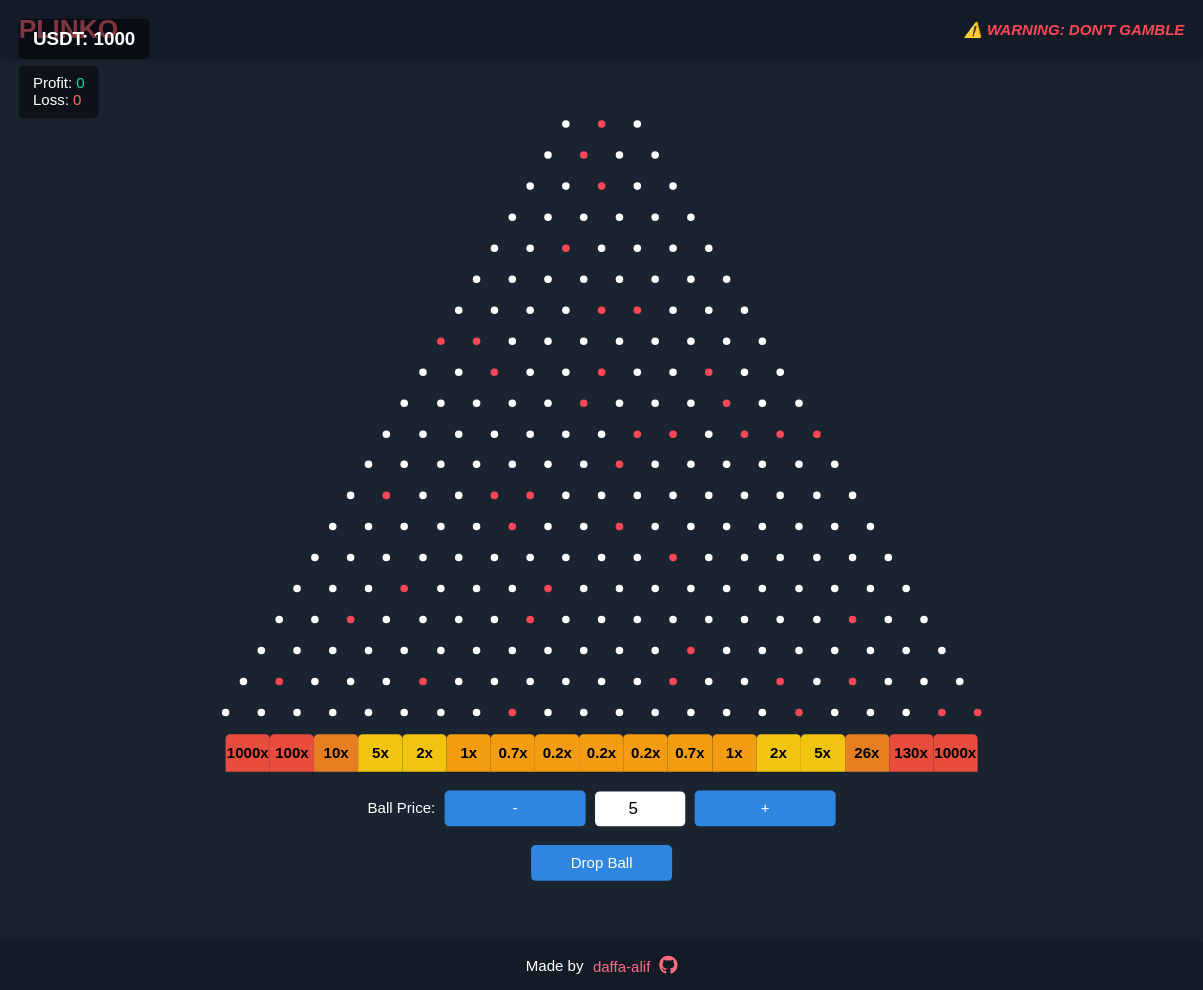
Repository: daffa-alif/PLINKO-JS
Page: index.html
These files come from the project's save history. The page is drawn as it stood at one moment and after the next save; the edit follows.
The browser window is 1280 px wide. The pictures show the whole page, at 94% of full size.

Above is the page before, as saved 2025-03-07 09:38:42.

### index.html
<!DOCTYPE html>
<html lang="en">
<head>
    <meta charset="UTF-8">
    <meta name="viewport" content="width=device-width, initial-scale=1.0">
    <title>Plinko Game</title>
    <link rel="stylesheet" href="https://cdnjs.cloudflare.com/ajax/libs/font-awesome/6.4.0/css/all.min.css">
    <link rel="stylesheet" href="styles.css">
</head>
<body>
    <!-- Header -->
    <header class="header">
        <div class="logo">PLINKO</div>
        <div class="warning">⚠️ WARNING: DON'T GAMBLE</div>
    </header>

    <!-- Main Content -->
    <div class="main-content">
        <div class="balance">USDT: <span id="balance">1000</span></div>
        <div class="statistics">
            Profit: <span id="profit" class="profit">0</span><br>
            Loss: <span id="loss" class="loss">0</span>
        </div>
        <div class="container">
            <div class="plinko-board" id="plinkoBoard"></div>
            <div class="controls">
                <div class="price-controls">
                    <span>Ball Price:</span>
                    <button id="decreasePrice">-</button>
                    <input type="number" id="ballPrice" value="5" min="5" max="1000">
                    <button id="increasePrice">+</button>
                </div>
                <button id="dropButton">Drop Ball</button>
                <div class="results" id="results"></div>
            </div>
        </div>
    </div>

    <!-- Footer -->
    <footer class="footer">
        <div class="footer-content">
            Made by
            <a href="https://github.com/daffa-alif" target="_blank">
                daffa-alif
                <i class="fab fa-github github-icon"></i>
            </a>
        </div>
    </footer>

    <script src="script.js">
    </script>
</body>
</html>

### styles.css
body {
    background-color: #1a2430;
    font-family: Arial, sans-serif;
    display: flex;
    flex-direction: column;
    min-height: 100vh;
    margin: 0;
    color: white;
    overflow-x: hidden;
}

/* HEADER STYLES */
.header {
    background-color: #131b26;
    padding: 15px 0;
    display: flex;
    justify-content: space-between;
    align-items: center;
    width: 100%;
    box-shadow: 0 2px 10px rgba(0, 0, 0, 0.3);
    position: relative;
    z-index: 100;
}

.logo {
    font-size: 28px;
    font-weight: bold;
    margin-left: 20px;
    color: #ff6b81;
}

.warning {
    color: #ff4757;
    font-weight: bold;
    margin-right: 20px;
    font-style: italic;
}

/* MAIN CONTENT STYLES */
.main-content {
    flex: 1;
    display: flex;
    justify-content: center;
    align-items: center;
    padding: 20px 0;
}

.container {
    position: relative;
    width: 600px;
    height: 900px;
    display: flex;
    flex-direction: column;
    align-items: center;
}

.plinko-board {
    position: relative;
    width: 500px;
    height: 800px;
}

.peg {
    position: absolute;
    width: 8px;
    height: 8px;
    background-color: white;
    border-radius: 50%;
    transform: translate(-50%, -50%);
}

.highlight-peg {
    background-color: #ff4757;
}

.ball {
    position: absolute;
    width: 16px;
    height: 16px;
    background-color: #ff6b81;
    border-radius: 50%;
    z-index: 10;
    transform: translate(-50%, -50%);
}

.buckets {
    display: flex;
    width: 100%;
    justify-content: space-between;
    position: absolute;
    bottom: 0;
}

.bucket {
    width: 55px;
    height: 40px;
    display: flex;
    justify-content: center;
    align-items: center;
    font-weight: bold;
    color: black;
    border-top-left-radius: 5px;
    border-top-right-radius: 5px;
}

.controls {
    margin-top: 20px;
    display: flex;
    flex-direction: column;
    align-items: center;
    gap: 10px;
    width: 100%;
}

button {
    padding: 10px 20px;
    font-size: 16px;
    border: none;
    border-radius: 5px;
    background-color: #2e86de;
    color: white;
    cursor: pointer;
    width: 150px;
}

button:hover {
    background-color: #54a0ff;
}

button:disabled {
    background-color: #7f8c8d;
    cursor: not-allowed;
}

.balance {
    position: absolute;
    top: 20px;
    left: 20px;
    font-size: 20px;
    font-weight: bold;
    background-color: rgba(0, 0, 0, 0.5);
    padding: 10px 15px;
    border-radius: 5px;
    z-index: 100;
}

.statistics {
    position: absolute;
    top: 70px;
    left: 20px;
    font-size: 16px;
    background-color: rgba(0, 0, 0, 0.5);
    padding: 10px 15px;
    border-radius: 5px;
    z-index: 100;
}

.profit {
    color: #1dd1a1;
}

.loss {
    color: #ff6b6b;
}

.price-controls {
    display: flex;
    align-items: center;
    gap: 10px;
    margin-bottom: 10px;
}

input {
    padding: 8px;
    width: 80px;
    text-align: center;
    font-size: 18px;
    border-radius: 5px;
    border: none;
}

.results {
    margin-top: 10px;
    font-size: 18px;
    color: #1dd1a1;
    height: 25px;
}

.falling-ball-animation {
    display: block;
    position: absolute;
    top: 0;
    left: 50%;
    transform: translateX(-50%);
    width: 16px;
    height: 16px;
    background-color: #ff6b81;
    border-radius: 50%;
    z-index: 11;
    animation: fallAnimation 1s ease-in;
}

@keyframes fallAnimation {
    0% {
        top: -20px;
    }
    100% {
        top: 20px;
    }
}

/* FOOTER STYLES */
.footer {
    background-color: #131b26;
    padding: 15px 0;
    text-align: center;
    width: 100%;
    box-shadow: 0 -2px 10px rgba(0, 0, 0, 0.3);
}

.footer-content {
    display: flex;
    justify-content: center;
    align-items: center;
    gap: 10px;
}

.footer-content a {
    color: #ff6b81;
    text-decoration: none;
    transition: color 0.3s;
}

.footer-content a:hover {
    color: #ff4757;
}

.github-icon {
    font-size: 20px;
    margin-left: 5px;
}

### script.js
// Game configuration
const config = {
    rows: 20,                // Increased from 16 to 20 rows for taller board
    pegsStartCount: 3,       // Start with 3 pegs at the top row
    ballSpeed: 0.5,
    gravity: 0.15,
    friction: 0.99,
    pegInfluence: 0.6,
    maxActiveBalls: 10,
    // Updated multipliers to match the image exactly
    multipliers: [1000, 100, 10, 5, 2, 1, 0.7, 0.2, 0.2, 0.2, 0.7, 1, 2, 5, 26, 130, 1000],
    horizontalSpacingFactor: 1.6
};

let balance = 1000;
let totalProfit = 0;
let totalLoss = 0;
let ballPrice = 30;
let activeBalls = [];
let pegLayout = [];

// Initialize the board
function initializeBoard() {
    const board = document.getElementById('plinkoBoard');
    const boardWidth = board.clientWidth;
    const boardHeight = board.clientHeight;

    // Calculate peg spacing for the wider triangular pattern
    const horizontalSpacing = (boardWidth / (config.rows + 1)) * config.horizontalSpacingFactor;
    const verticalSpacing = (boardHeight - 80) / (config.rows);

    // Create pegs in a triangular pattern with progressive row lengths
    for (let row = 0; row < config.rows; row++) {
        // Calculate number of pegs in this row (increase by 1 for each row, starting with config.pegsStartCount)
        const pegsInRow = config.pegsStartCount + row;

        // Calculate the starting position for the first peg in the row
        const rowStartX = boardWidth / 2 - (horizontalSpacing * (pegsInRow - 1)) / 2;

        for (let col = 0; col < pegsInRow; col++) {
            const peg = document.createElement('div');
            peg.className = 'peg';

            // Add some highlight pegs (red pegs)
            if (Math.random() < 0.2) {
                peg.classList.add('highlight-peg');
            }

            // Calculate position for evenly distributed pegs
            const offsetX = rowStartX + col * horizontalSpacing;
            const offsetY = verticalSpacing * row + 50;

            peg.style.left = `${offsetX}px`;
            peg.style.top = `${offsetY}px`;

            board.appendChild(peg);

            // Store peg position for collision detection
            pegLayout.push({
                x: offsetX,
                y: offsetY,
                highlight: peg.classList.contains('highlight-peg'),
                element: peg
            });
        }
    }

    // Create buckets - FIXED VERSION
    const buckets = document.createElement('div');
    buckets.className = 'buckets';

    // Get the last row of pegs to align buckets with
    const lastRowPegs = pegLayout.slice(-config.pegsStartCount - config.rows + 1);
    const leftmostPeg = lastRowPegs[0].x;
    const rightmostPeg = lastRowPegs[lastRowPegs.length - 1].x;
    const bucketAreaWidth = rightmostPeg - leftmostPeg;

    // Define colors for buckets based on multipliers
    const getColorForMultiplier = (multiplier) => {
        if (multiplier >= 100) return '#e74c3c';      // Red for highest multipliers
        if (multiplier >= 10) return '#e67e22';       // Orange for high multipliers
        if (multiplier >= 2) return '#f1c40f';        // Yellow for medium multipliers
        return '#f39c12';                             // Gold for low multipliers
    };

    // Set the buckets container width to match the width of the last row of pegs
    buckets.style.width = `${bucketAreaWidth}px`;
    buckets.style.left = `${leftmostPeg}px`;
    buckets.style.position = 'absolute';

    // Add bucket divs to match the multipliers
    const multiplierCount = config.multipliers.length;
    const bucketWidth = bucketAreaWidth / multiplierCount;

    for (let i = 0; i < multiplierCount; i++) {
        const bucket = document.createElement('div');
        bucket.className = 'bucket';
        bucket.style.backgroundColor = getColorForMultiplier(config.multipliers[i]);
        bucket.textContent = `${config.multipliers[i]}x`;
        bucket.style.width = `${bucketWidth}px`;
        buckets.appendChild(bucket);
    }

    board.appendChild(buckets);
}

// Create a falling ball animation
function showBallDropAnimation() {
    return new Promise(resolve => {
        const board = document.getElementById('plinkoBoard');
        const fallingBall = document.createElement('div');
        fallingBall.className = 'falling-ball-animation';
        board.appendChild(fallingBall);

        setTimeout(() => {
            fallingBall.remove();
            resolve();
        }, 500);
    });
}

// Create a ball and start animation
async function dropBall() {
    const currentBallPrice = parseInt(document.getElementById('ballPrice').value);
    if (balance < currentBallPrice) {
        document.getElementById('results').textContent = "Not enough balance!";
        setTimeout(() => {
            document.getElementById('results').textContent = "";
        }, 2000);
        return;
    }

    // Check if we've reached the maximum number of active balls
    if (activeBalls.length >= config.maxActiveBalls) {
        document.getElementById('results').textContent = "Too many balls in play!";
        setTimeout(() => {
            document.getElementById('results').textContent = "";
        }, 2000);
        return;
    }

    // Deduct ball price from balance
    balance -= currentBallPrice;
    document.getElementById('balance').textContent = balance;

    // Show the ball drop animation
    await showBallDropAnimation();

    const board = document.getElementById('plinkoBoard');
    const boardWidth = board.clientWidth;

    // Ball starts at the top center of the board
    const ball = document.createElement('div');
    ball.className = 'ball';
    ball.style.left = `${boardWidth / 2}px`;
    ball.style.top = '20px';
    board.appendChild(ball);

    // Create a new ball object
    const newBall = {
        element: ball,
        id: Date.now(),
        x: boardWidth / 2,
        y: 20,
        vx: (Math.random() - 0.5) * 0.5,
        vy: 1,
        radius: 8,
        price: currentBallPrice
    };

    // Add ball to active balls array
    activeBalls.push(newBall);

    // Start animation if it's not already running
    if (activeBalls.length === 1) {
        requestAnimationFrame(animateAllBalls);
    }
}

// Animate all active balls
function animateAllBalls(timestamp) {
    if (activeBalls.length === 0) return;

    const board = document.getElementById('plinkoBoard');
    const boardWidth = board.clientWidth;
    const boardHeight = board.clientHeight;

    // Get bucket positions for collision detection - FIXED VERSION
    const buckets = document.querySelector('.buckets');
    const bucketsRect = buckets.getBoundingClientRect();
    const boardRect = board.getBoundingClientRect();

    const bucketsLeft = bucketsRect.left - boardRect.left;
    const bucketsWidth = bucketsRect.width;
    const bucketCount = config.multipliers.length;
    const bucketWidth = bucketsWidth / bucketCount;

    // Process each active ball
    for (let i = activeBalls.length - 1; i >= 0; i--) {
        const ball = activeBalls[i];

        // Apply gravity
        ball.vy += config.gravity;

        // Apply friction
        ball.vx *= config.friction;
        ball.vy *= config.friction;

        // Update position
        ball.x += ball.vx;
        ball.y += ball.vy;

        // Collision with side walls
        if (ball.x - ball.radius < 0) {
            ball.x = ball.radius;
            ball.vx = -ball.vx * 0.5;
        } else if (ball.x + ball.radius > boardWidth) {
            ball.x = boardWidth - ball.radius;
            ball.vx = -ball.vx * 0.5;
        }

        // Collision with pegs
        for (const peg of pegLayout) {
            const dx = ball.x - peg.x;
            const dy = ball.y - peg.y;
            const distance = Math.sqrt(dx * dx + dy * dy);

            if (distance < ball.radius + 6) {
                // Calculate the angle of collision
                const angle = Math.atan2(dy, dx);

                // Move the ball outside of the peg
                const newX = peg.x + (ball.radius + 6) * Math.cos(angle);
                const newY = peg.y + (ball.radius + 6) * Math.sin(angle);

                ball.x = newX;
                ball.y = newY;

                // Add randomness to the bounce but with a slight bias toward outer edges
                let randomness = (Math.random() * 2 - 1) * config.pegInfluence;

                // Very subtle bias toward edges
                if (ball.x < boardWidth * 0.3) {
                    randomness -= 0.05; // Slight bias leftward
                } else if (ball.x > boardWidth * 0.7) {
                    randomness += 0.05; // Slight bias rightward
                }

                // Update velocity with a bounce effect and randomness
                const speed = Math.sqrt(ball.vx * ball.vx + ball.vy * ball.vy);
                ball.vx = Math.cos(angle + randomness) * speed;
                ball.vy = Math.sin(Math.abs(angle + randomness)) * speed; // Keep ball moving downward

                // Highlight the peg temporarily
                peg.element.style.backgroundColor = '#ffdd59';
                setTimeout(() => {
                    peg.element.style.backgroundColor = peg.highlight ? '#ff4757' : 'white';
                }, 100);
            }
        }

        // Check if ball reached bucket level
        if (ball.y > boardHeight - 60) {
            // Calculate which bucket the ball fell into based on the fixed buckets position - FIXED VERSION
            let bucketIndex = -1;

            // Check if the ball is within the bucket area
            if (ball.x >= bucketsLeft && ball.x <= bucketsLeft + bucketsWidth) {
                // Calculate the bucket index based on the ball's position relative to the buckets
                bucketIndex = Math.floor((ball.x - bucketsLeft) / bucketWidth);
                bucketIndex = Math.min(bucketIndex, bucketCount - 1);
            } else {
                // If the ball is outside the bucket area, put it in the nearest edge bucket
                bucketIndex = ball.x < bucketsLeft ? 0 : bucketCount - 1;
            }

            // Apply multiplier to the bet
            const multiplier = config.multipliers[bucketIndex];
            const winAmount = Math.floor(ball.price * multiplier);
            balance += winAmount;
            document.getElementById('balance').textContent = balance;

            // Update profit/loss statistics
            if (winAmount > ball.price) {
                const profit = winAmount - ball.price;
                totalProfit += profit;
                document.getElementById('profit').textContent = totalProfit;
            } else if (winAmount < ball.price) {
                const loss = ball.price - winAmount;
                totalLoss += loss;
                document.getElementById('loss').textContent = totalLoss;
            }

            // Display result message
            const resultElement = document.getElementById('results');
            if (winAmount > ball.price) {
                resultElement.textContent = `You won ${winAmount} USDT!`;
                resultElement.style.color = '#1dd1a1';
            } else if (winAmount < ball.price) {
                resultElement.textContent = `You lost ${ball.price - winAmount} USDT`;
                resultElement.style.color = '#ff6b6b';
            } else {
                resultElement.textContent = `You broke even!`;
                resultElement.style.color = '#f7d794';
            }

            // Highlight the winning bucket
            const bucketElements = document.querySelectorAll('.bucket');
            bucketElements[bucketIndex].style.transform = 'translateY(-5px)';
            setTimeout(() => {
                bucketElements[bucketIndex].style.transform = 'translateY(0)';
            }, 300);

            // Remove ball from DOM
            ball.element.remove();

            // Remove ball from active balls array
            activeBalls.splice(i, 1);
        }

        // Update ball position in DOM
        ball.element.style.left = `${ball.x}px`;
        ball.element.style.top = `${ball.y}px`;
    }

    // Continue animation if there are still active balls
    if (activeBalls.length > 0) {
        requestAnimationFrame(animateAllBalls);
    }
}

// Initialize the game
window.addEventListener('DOMContentLoaded', () => {
    initializeBoard();

    // Update balance display
    document.getElementById('balance').textContent = balance;

    // Add event listener for the drop button
    document.getElementById('dropButton').addEventListener('click', () => {
        dropBall();
    });

    // Add event listeners for ball price adjustment
    document.getElementById('decreasePrice').addEventListener('click', () => {
        const priceInput = document.getElementById('ballPrice');
        let currentPrice = parseInt(priceInput.value);
        if (currentPrice > 5) {
            priceInput.value = currentPrice - 5;
        }
    });

    document.getElementById('increasePrice').addEventListener('click', () => {
        const priceInput = document.getElementById('ballPrice');
        let currentPrice = parseInt(priceInput.value);
        if (currentPrice < 1000) {
            priceInput.value = currentPrice + 5;
        }
    });

    // Ensure ball price is valid
    document.getElementById('ballPrice').addEventListener('change', (e) => {
        let value = parseInt(e.target.value);
        if (isNaN(value) || value < 5) {
            e.target.value = 5;
        } else if (value > 1000) {
            e.target.value = 1000;
        }
    });
});

After the next save:
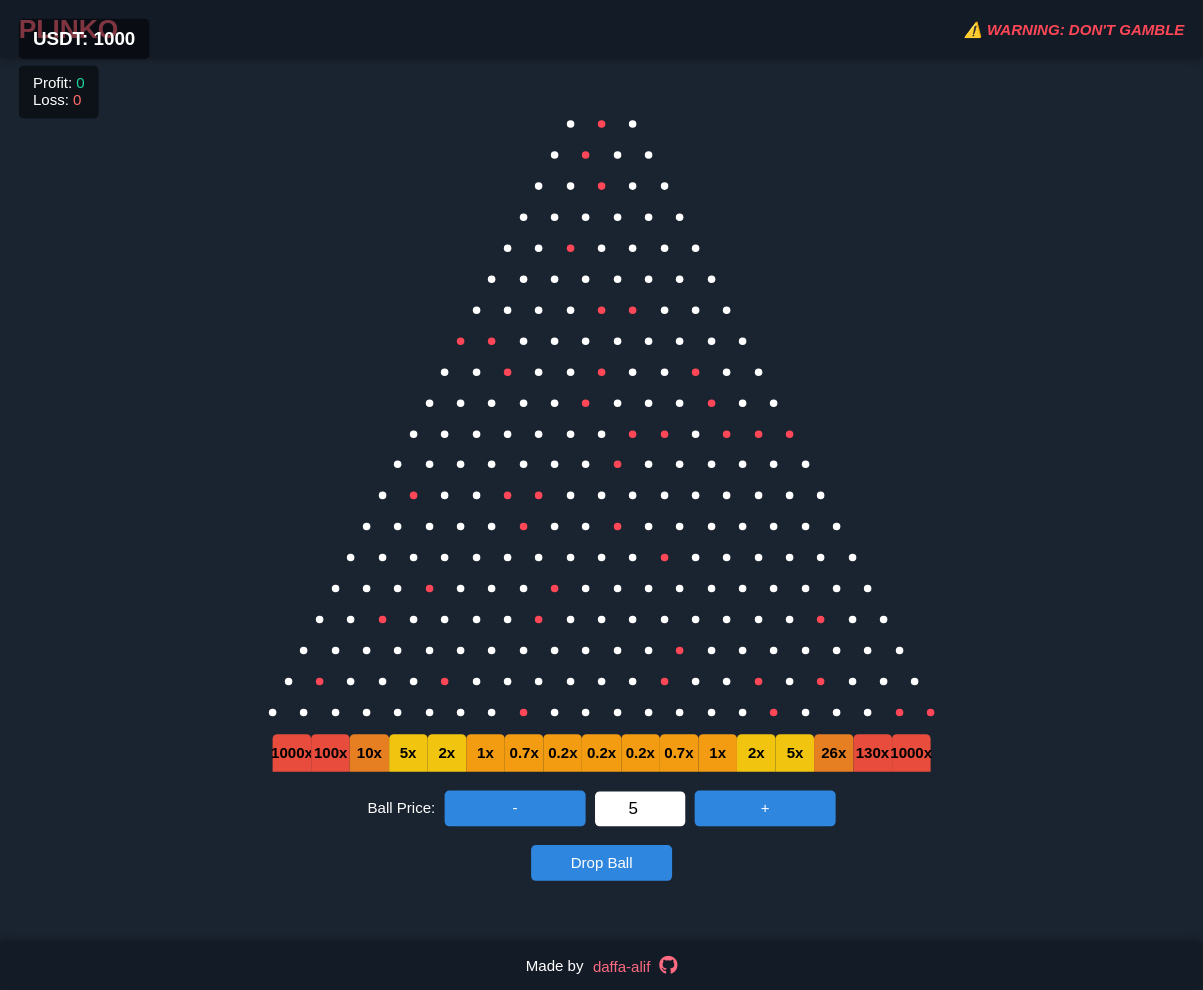
Saved 12 s later.
--- a/script.js
+++ b/script.js
@@ -9,7 +9,7 @@ const config = {
     maxActiveBalls: 10,
     // Updated multipliers to match the image exactly
     multipliers: [1000, 100, 10, 5, 2, 1, 0.7, 0.2, 0.2, 0.2, 0.7, 1, 2, 5, 26, 130, 1000],
-    horizontalSpacingFactor: 1.6
+    horizontalSpacingFactor: 1.4
 };
 
 let balance = 1000;
